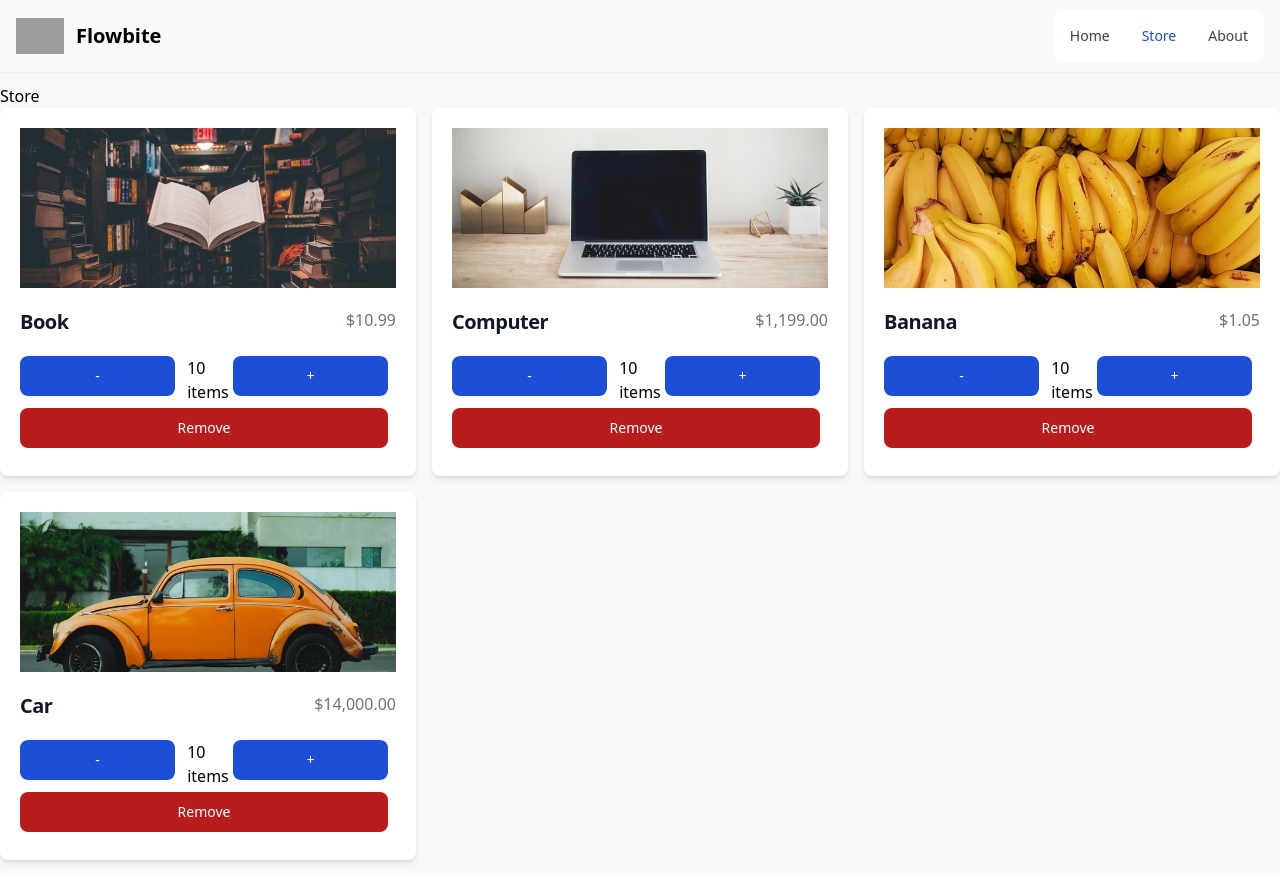
Repository: ducanhaep/react-ts-shopping-cart
Page: /store, after clicking the first element matching `button.text-white`
These files come from the project's save history. The page is drawn as it stood at one moment and after the next save; the edit follows.
The browser window is 1280 px wide. The pictures show the whole page.
Pictures or frames that could not be fetched are drawn as grey boxes. The project was rebuilt for these pictures with package versions that can differ from the ones it lists, and the page was loaded fresh each time. Also part of the build but not shown: vite.config.ts, src/pages/About.js, src/pages/Home.js.

Above is the page before, as saved 2023-01-11 20:06:26.

### src/App.tsx
import { Routes, Route } from "react-router-dom";
import { About } from "./pages/About";
import { Home } from "./pages/Home";
import { Store } from "./pages/Store";
import { Navbar } from "./components/Navbar";
function App() {
  return (
    <>
      <Navbar />
      <div className="container mb-4">
        <Routes>
          <Route path="/" element={<Home />} />
          <Route path="/store" element={<Store />} />
          <Route path="/about" element={<About />} />
        </Routes>
      </div>
    </>
  );
}

export default App;

### src/index.css
@tailwind base;
@tailwind components;
@tailwind utilities;
:root {
  font-synthesis: none;
  text-rendering: optimizeLegibility;
  -webkit-font-smoothing: antialiased;
  -moz-osx-font-smoothing: grayscale;
  -webkit-text-size-adjust: 100%;
}

/* Box sizing rules */
*,
*::before,
*::after {
  box-sizing: border-box;
}

/* Remove default margin */
body,
h1,
h2,
h3,
h4,
p,
figure,
blockquote,
dl,
dd {
  margin: 0;
}

/* Remove list styles on ul, ol elements with a list role, which suggests default styling will be removed */
ul[role="list"],
ol[role="list"] {
  list-style: none;
}

/* Set core root defaults */
html:focus-within {
  scroll-behavior: smooth;
}

/* Set core body defaults */
body {
  min-height: 100vh;
  text-rendering: optimizeSpeed;
  line-height: 1.5;
  background-color: #f8f9fa;
}

input,
button,
textarea,
select {
  font: inherit;
}

### src/pages/Store.tsx
import { StoreItem } from "../components/StoreItem";
import storeItems from "../data/items.json";
export function Store() {
  return (
    <>
      <h1>Store</h1>
      <div className="grid grid-cols-1 md:grid-cols-3 2xl:grid-cols-4 gap-8 md:gap-4">
        {storeItems.map((item) => (
          <StoreItem {...item} key={item.id} />
        ))}
      </div>
    </>
  );
}

### src/components/Navbar.tsx
import { Link, NavLink } from "react-router-dom";
import { BsFillCartFill } from "react-icons/bs";

export function Navbar() {
  return (
    <div className="shadow-sm mb-3">
      <nav className="containerbg-white border-gray-200 px-2 sm:px-4 py-2.5 rounded dark:bg-gray-900">
        <div className="container flex flex-wrap items-center justify-between mx-auto">
          <a href="#" className="flex items-center">
            <img
              src="https://flowbite.com/docs/images/logo.svg"
              className="h-6 mr-3 sm:h-9"
              alt="Flowbite Logo"
            />
            <span className="self-center text-xl font-semibold whitespace-nowrap dark:text-white">
              Flowbite
            </span>
          </a>
          <button
            data-collapse-toggle="navbar-default"
            type="button"
            aria-controls="navbar-default"
            aria-expanded="false"
            className="relative md:hidden text-blue-700 hover:text-white border border-blue-700 hover:bg-blue-800 focus:outline-none  font-medium rounded-lg text-sm px-5 py-2.5 text-center mr-2 mb-2"
          >
            <BsFillCartFill />
            <div className="absolute inline-flex items-center justify-center w-6 h-6 text-xs font-bold text-white bg-red-500 border-2 border-white rounded-full -top-2 -right-2 dark:border-gray-900">
              20
            </div>
          </button>
          <div className="hidden w-full md:block md:w-auto" id="navbar-default">
            <ul className="flex flex-col p-4 mt-4 border border-gray-100 rounded-lg bg-gray-50 md:flex-row md:space-x-8 md:mt-0 md:text-sm md:font-medium md:border-0 md:bg-white dark:bg-gray-800 md:dark:bg-gray-900 dark:border-gray-700">
              <li>
                <NavLink
                  to="/"
                  className={({ isActive }) =>
                    isActive
                      ? "text-white bg-blue-700 rounded md:bg-transparent md:text-blue-700 md:p-0 dark:text-white"
                      : "block py-2 pl-3 pr-4 text-gray-700 rounded hover:bg-gray-100 md:hover:bg-transparent md:border-0 md:hover:text-blue-700 md:p-0 dark:text-gray-400 md:dark:hover:text-white dark:hover:bg-gray-700 dark:hover:text-white md:dark:hover:bg-transparent"
                  }
                  aria-current="page"
                >
                  Home
                </NavLink>
              </li>
              <li>
                <NavLink
                  to="store"
                  className={({ isActive }) =>
                    isActive
                      ? "text-white bg-blue-700 rounded md:bg-transparent md:text-blue-700 md:p-0 dark:text-white"
                      : "block py-2 pl-3 pr-4 text-gray-700 rounded hover:bg-gray-100 md:hover:bg-transparent md:border-0 md:hover:text-blue-700 md:p-0 dark:text-gray-400 md:dark:hover:text-white dark:hover:bg-gray-700 dark:hover:text-white md:dark:hover:bg-transparent"
                  }
                >
                  Store
                </NavLink>
              </li>
              <li>
                <NavLink
                  to="about"
                  className={({ isActive }) =>
                    isActive
                      ? "text-white bg-blue-700 rounded md:bg-transparent md:text-blue-700 md:p-0 dark:text-white"
                      : "block py-2 pl-3 pr-4 text-gray-700 rounded hover:bg-gray-100 md:hover:bg-transparent md:border-0 md:hover:text-blue-700 md:p-0 dark:text-gray-400 md:dark:hover:text-white dark:hover:bg-gray-700 dark:hover:text-white md:dark:hover:bg-transparent"
                  }
                >
                  About
                </NavLink>
              </li>
            </ul>
          </div>
        </div>
      </nav>
    </div>
  );
}

### src/components/StoreItem.tsx
import { Link } from "react-router-dom";
import { formatCurrency } from "../utilities/formatCurrency";

interface StoreItemProps {
  id: number;
  name: string;
  price: number;
  imgUrl: string;
}
export function StoreItem({ id, name, price, imgUrl }: StoreItemProps) {
  const quantity: number = 1;
  return (
    <div className="w-full bg-white rounded-lg shadow-md">
      <div className="">
        <Link to="#">
          <img
            src={imgUrl}
            alt="imgUrl"
            className="rounded-t-lg p-5 object-cover h-[200px] w-full"
          />
        </Link>
      </div>
      <div className="flex flex-col px-5">
        <div className="flex justify-between">
          <Link to="#">
            <h5 className="text-xl font-semibold tracking-tight text-gray-900">
              {name}
            </h5>
          </Link>
          <p className="text-gray-500 font-medium">{formatCurrency(price)}</p>
        </div>
        <div className="flex justify-center py-5">
          {quantity === 0 ? (
            <button
              type="button"
              className="text-white w-full bg-blue-700 hover:bg-blue-800 font-medium rounded-lg text-sm px-5 py-2.5 mr-2 mb-2 "
            >
              + Add To Cart
            </button>
          ) : (
            <div className="flex flex-col justify-center gap-1 w-full">
              <div className="flex justify-center gap-1">
                <button
                  type="button"
                  className="text-white w-full bg-blue-700 hover:bg-blue-800 font-medium rounded-lg text-sm px-5 py-2.5 mr-2 mb-2 "
                >
                  -
                </button>
                <p className="basic-full">10 items</p>
                <button
                  type="button"
                  className="text-white w-full bg-blue-700 hover:bg-blue-800 font-medium rounded-lg text-sm px-5 py-2.5 mr-2 mb-2 "
                >
                  +
                </button>
              </div>
              <button
                type="button"
                className="focus:outline-none text-white bg-red-700 hover:bg-red-800 font-medium rounded-lg text-sm px-5 py-2.5 mr-2 mb-2"
              >
                Remove
              </button>
            </div>
          )}
        </div>
      </div>
    </div>
  );
}

### src/data/items.json
[
	{
		"id": 1,
		"name": "Book",
		"price": 10.99,
		"imgUrl": "/imgs/book.jpg"
	},
	{
		"id": 2,
		"name": "Computer",
		"price": 1199,
		"imgUrl": "/imgs/computer.jpg"
	},
	{
		"id": 3,
		"name": "Banana",
		"price": 1.05,
		"imgUrl": "/imgs/banana.jpg"
	},
	{
		"id": 4,
		"name": "Car",
		"price": 14000,
		"imgUrl": "/imgs/car.jpg"
	}
]

### tailwind.config.cjs
/** @type {import('tailwindcss').Config} */
module.exports = {
  content: ["./index.html", "./src/**/*.{js,ts,jsx,tsx}"],
  theme: {
    container: {
      center: true,
    },
    extend: {
      colors: {
        "light-color": "#f8f9fa",
      },
    },
  },
  plugins: [],
};

Loaded but not shown: index.html (common file); src/main.tsx (common file); src/utilities/formatCurrency.ts (common file)

After the next save:
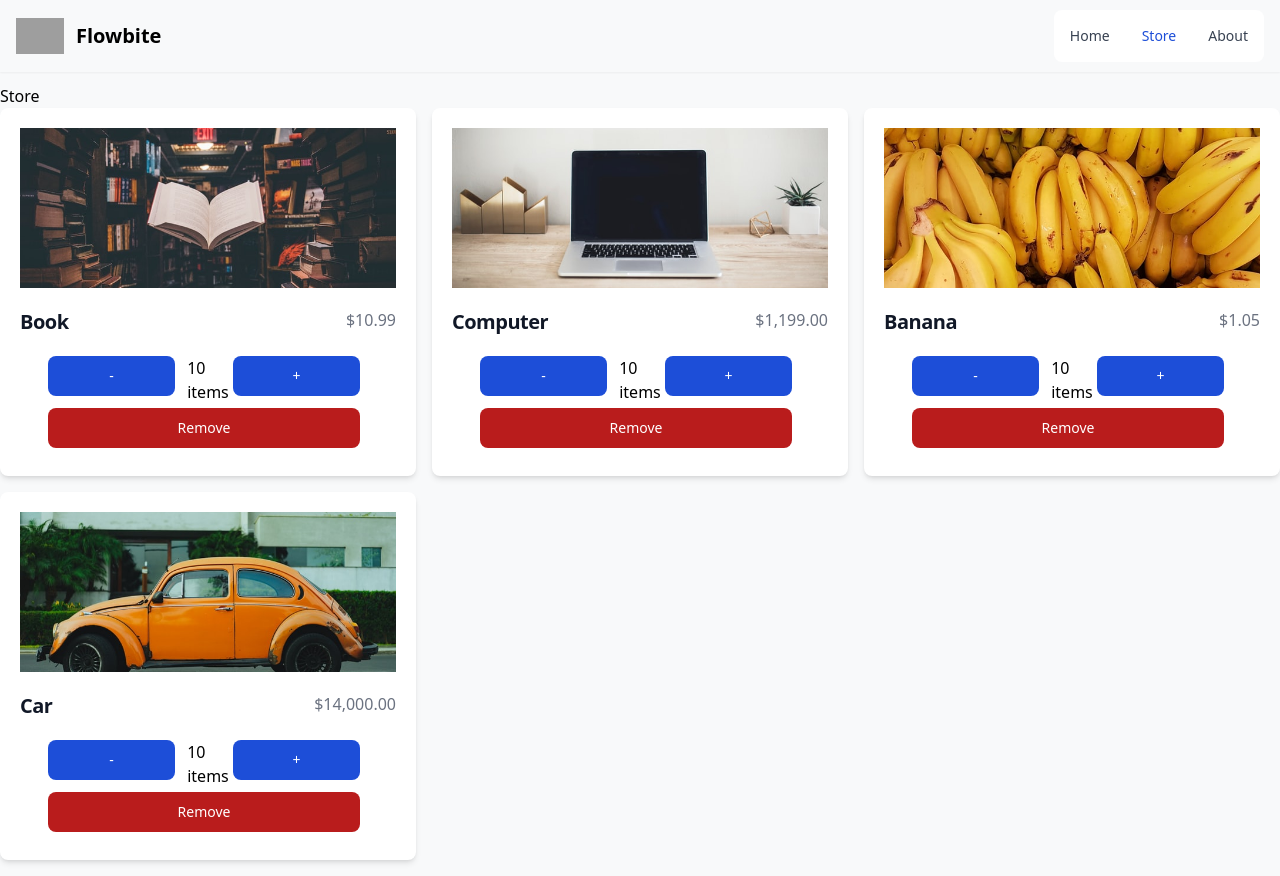
Saved 6 s later.
--- a/src/components/StoreItem.tsx
+++ b/src/components/StoreItem.tsx
@@ -38,7 +38,7 @@ export function StoreItem({ id, name, price, imgUrl }: StoreItemProps) {
               + Add To Cart
             </button>
           ) : (
-            <div className="flex flex-col justify-center gap-1 w-full">
+            <div className="flex flex-col justify-center gap-1 w-80">
               <div className="flex justify-center gap-1">
                 <button
                   type="button"
